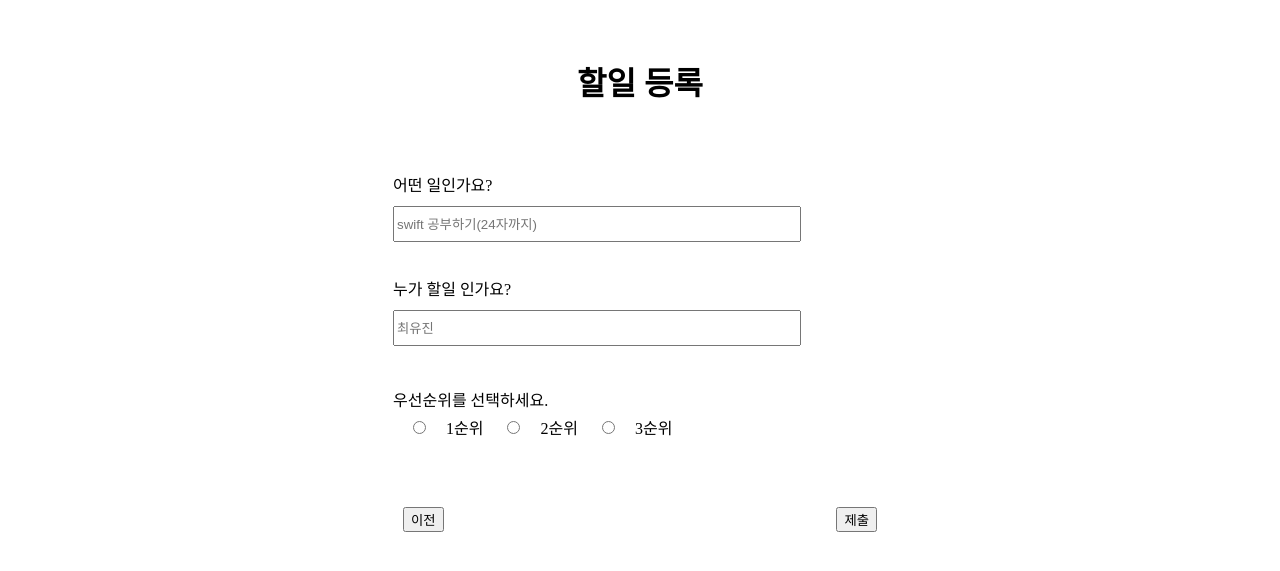
Repository: estellechoi/jsp-project-todo
Page: http://localhost/todo/jsp/form.jsp
An editor plug-in stored every save of this project. The page is shown before and after the next save, followed by the edit.
The browser window is 1280 px wide. The pictures show the whole page.
The page is served by Tomcat 9. Other server files are loaded and not shown.

Above is the page before, as saved 2019-12-08 07:16:21.

### todo/src/main/webapp/jsp/form.jsp
<%@ page language="java" contentType="text/html; charset=UTF-8"
    pageEncoding="UTF-8"%>
<!DOCTYPE html>
<html>
<head>
<meta charset="UTF-8">
<title>Insert title here</title>
<style>
	table, h1 {
		width: 500px;
		margin: auto;
	}

	h1 {
		padding-top: 50px;
		padding-bottom: 50px;
		text-align: center;
	}

	.block_input {
		height: 100px;
	}

	.label {
		height: 30px;
	}

	input[type=text] {
		width: 400px;
		height: 30px;
		margin-top: 10px;
	}

	input[type=radio] {
		margin: 10px 20px;
	}

	input[type=button] {
		float: left;
		margin-left: 10px;
	}

	input[type=submit] {
		float: right;
		margin-right: 10px;
	}

	#btn_skyblue_white {
		background: #5085EB;
		color: white;
		padding: 5px 20px;
		text-decoration: none;
		font-size: 13px;
	}
</style>
</head>
<body>
	<h1>할일 등록</h1>
	<form action="TodoAddServlet" method="post">
		<table>
			<tr>
				<td class="block_input">
					<span class="label">어떤 일인가요?</span> <br />
					<input type="text" name="title" placeholder="swift 공부하기(24자까지)" maxlength="24" />
				</td>
			</tr>
			<tr>
				<td class="block_input">
					<span class="label">누가 할일 인가요?</span> <br />
					<input type="text" name="name" placeholder="최유진" />
				</td>
			</tr>
			<tr>
				<td class="block_input">
					<span class="label">우선순위를 선택하세요.</span> <br />
					<input type="radio" name="sequence" value="1" />1순위
					<input type="radio" name="sequence" value="2" />2순위
					<input type="radio" name="sequence" value="3" />3순위
				</td>
			</tr>
			<tr>
				<td class="block_input">
					<input class="btn_skyblue_white" type="button" value="이전" onclick="historyBack()"/>
					<input class="btn_skyblue_white" type="submit" value="제출" />
				</td>
			</tr>
		</table>
	</form>
<script>
	function historyBack() {
		history.back();
	}
</script>
</body>
</html>

After the next save:
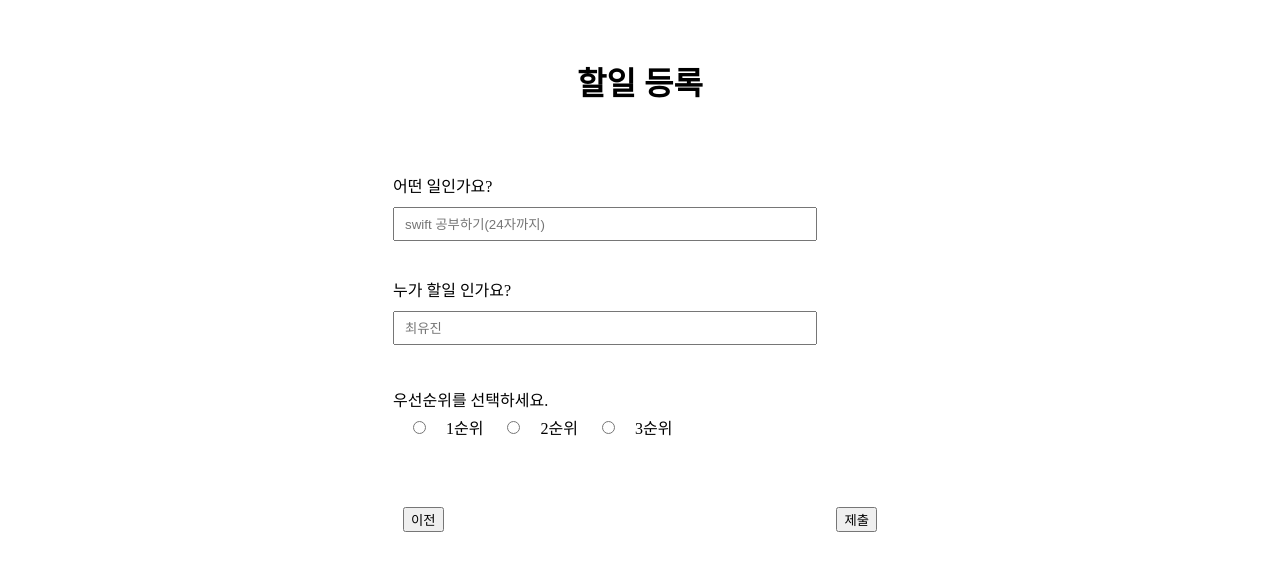
Saved 21 s later.
--- a/todo/src/main/webapp/jsp/form.jsp
+++ b/todo/src/main/webapp/jsp/form.jsp
@@ -29,6 +29,7 @@
 		width: 400px;
 		height: 30px;
 		margin-top: 10px;
+		padding: 0px 10px;
 	}
 
 	input[type=radio] {
